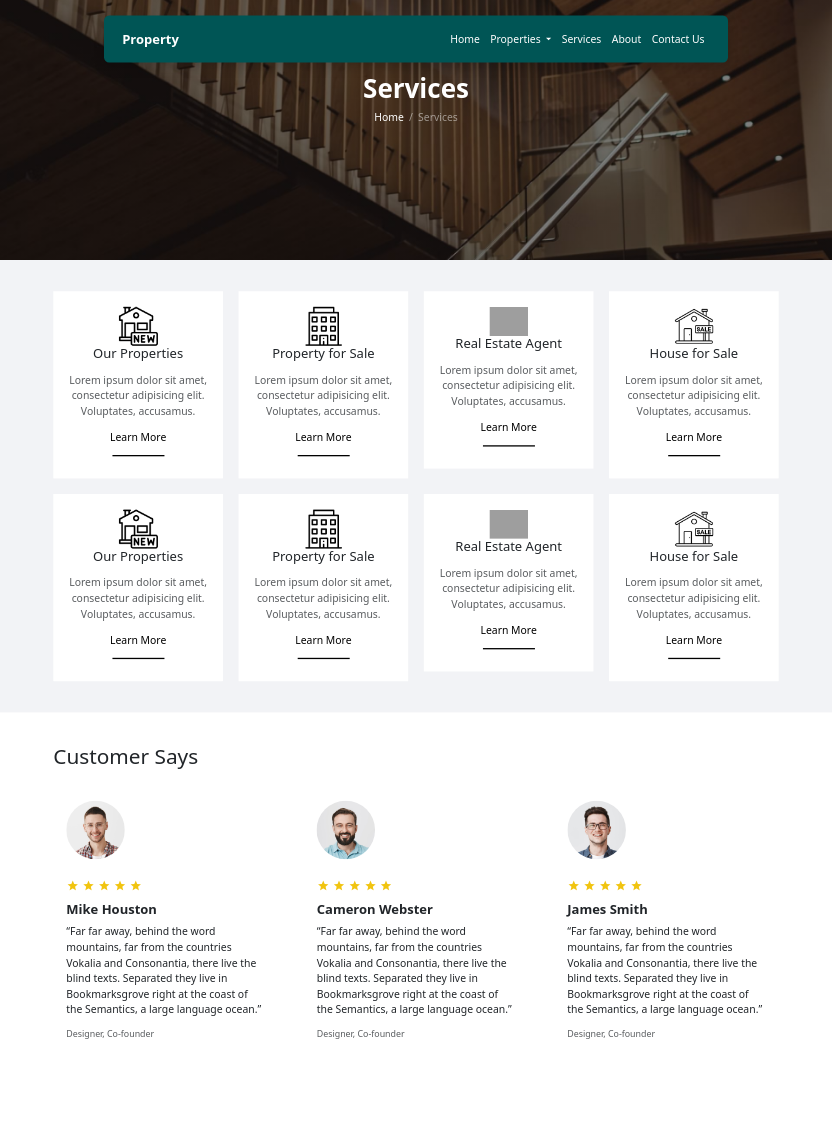
Repository: sameerrrrkhan911-git/Property
Page: service.html
These files come from the project's save history. The page is drawn as it stood at one moment and after a run of saves; the edit follows.
The browser window is 1280 px wide. The pictures show the whole page, at 65% of full size.
Pictures or frames that could not be fetched are drawn as grey boxes. Some web libraries are served in a nearby version.

Above is the page before, as saved 2025-09-28 16:41:54.

### service.html
<!doctype html>
<html lang="en">

<head>
    <meta charset="utf-8">
    <meta name="viewport" content="width=device-width, initial-scale=1">
    <title>Property</title>

    <!--====== LINKS ========-->
    <link href="https://cdn.jsdelivr.net/npm/bootstrap@5.3.8/dist/css/bootstrap.min.css" rel="stylesheet">
    <link
        href="https://fonts.googleapis.com/css2?family=Montserrat:wght@400;600&family=Open+Sans:wght@400;600&display=swap"
        rel="stylesheet">
    <link href="https://unpkg.com/aos@2.3.1/dist/aos.css" rel="stylesheet">
    <link href="https://cdn.jsdelivr.net/npm/remixicon@4.5.0/fonts/remixicon.css" rel="stylesheet">
    <link href="https://cdnjs.cloudflare.com/ajax/libs/tiny-slider/2.9.4/tiny-slider.css" rel="stylesheet">
    <link rel="stylesheet" href="assets/css/style2.css">
    <link rel="stylesheet" href="assets/css/style.css">

</head>

<body>

    <!--=====HEADER=====-->
    <header>
        <section id="Right-Step">
            <div class="bg-holder overlay overlay-elixir">
            </div>

            <!-- Navbar -->
            <nav
                class="navbar navbar-expand-lg green-color p-3 mt-4 sticky-top position-absolute top-0 start-50 translate-middle-x w-75 rounded-3 shadow">
                <div class="container-fluid">
                    <!-- Brand -->
                    <a class="navbar-brand text-white fw-bold" href="#">Property</a>

                    <!-- Toggler for Mobile -->
                    <button class="navbar-toggler bg-light" type="button">
                        <span class="navbar-toggler-icon"></span>
                    </button>

                    <!-- Navbar Links -->
                    <div class="collapse navbar-collapse" id="navbarNavDropdown">
                        <ul class="navbar-nav ms-auto">
                            <li class="nav-item">
                                <a class="nav-link text-white active" aria-current="page" href="#">Home</a>
                            </li>
                            <li class="nav-item dropdown">
                                <a class="nav-link dropdown-toggle text-white" href="#" role="button"
                                    data-bs-toggle="dropdown" aria-expanded="false">
                                    Properties
                                </a>
                                <ul class="dropdown-menu">
                                    <li><a class="dropdown-item" href="#">Action</a></li>
                                    <li><a class="dropdown-item" href="#">Another action</a></li>
                                    <li><a class="dropdown-item" href="#">Something else here</a></li>
                                </ul>
                            </li>
                            <li class="nav-item"><a class="nav-link text-white" href="service.html">Services</a></li>
                            <li class="nav-item"><a class="nav-link text-white" href="about.html">About</a></li>
                            <li class="nav-item"><a class="nav-link text-white" href="contact.html">Contact Us</a></li>
                        </ul>
                    </div>
                </div>
            </nav>

            <!--/.bg-holder-->
            <div class="forbg py-5">
                <div class="container">

                    <div class="row justify-content-center align-items-center">
                        <div class="col-lg-9 text-center mt-5">
                            <h1 class="heading aos-init aos-animate white mt-3 fw-bold" data-aos="fade-up">Services</h1>

                            <nav aria-label="breadcrumb" data-aos="fade-up" data-aos-delay="200"
                                class="aos-init aos-animate">
                                <ol class="breadcrumb text-center justify-content-center">
                                    <li class="breadcrumb-item"><a href="index.html" style="color: white;">Home</a></li>
                                    <li class="ms-2 me-2 text-white-50" aria-current="page">
                                        /
                                    </li>
                                    <li class="breadcrumb-item active text-white-50" aria-current="page">
                                        Services
                                    </li>
                                </ol>
                            </nav>
                        </div>
                    </div>
                </div>
            </div><!-- end of .container-->
        </section>
    </header>

    <!--=====MAIN=====-->
    <main>

        <!-- Features -->

        <section class="py-5 features-1">

                <div class="container">
                    <div class="row g-4 mb-4">

                        <div class="col-6 col-lg-3">
                            <div class="white-bg box-feature p-4 text-center">
                                <img src="./assets/images/new-house.png" alt="Bed" width="60">
                                <h3 class="mb-3 fs-5">Our Properties</h3>
                                <p class="text-muted">
                                    Lorem ipsum dolor sit amet, consectetur adipisicing elit.
                                    Voluptates, accusamus.
                                </p>
                                <p><a href="#" class="learn-more text-decoration-none black">Learn More</a></p>
                                <div class="black-line"></div>
                            </div>
                        </div>

                        <div class="col-6 col-lg-3">
                            <div class="white-bg box-feature p-4 text-center">
                                <img src="./assets/images/building (1).png" alt="Bed" width="60">
                                <h3 class="mb-3 fs-5">Property for Sale</h3>
                                <p class="text-muted">
                                    Lorem ipsum dolor sit amet, consectetur adipisicing elit.
                                    Voluptates, accusamus.
                                </p>
                                <p><a href="#" class="learn-more text-decoration-none black">Learn More</a></p>
                                <div class="black-line"></div>
                            </div>
                        </div>

                        <div class="col-6 col-lg-3">
                            <div class="white-bg box-feature p-4 text-center">
                                <img src="./assets/images/real-estate-agent.png" alt="Bed" width="60">
                                <h3 class="mb-3 fs-5">Real Estate Agent</h3>
                                <p class="text-muted">
                                    Lorem ipsum dolor sit amet, consectetur adipisicing elit.
                                    Voluptates, accusamus.
                                </p>
                                <p><a href="#" class="learn-more text-decoration-none black">Learn More</a></p>
                                <div class="black-line"></div>
                            </div>
                        </div>

                        <div class="col-6 col-lg-3">
                            <div class="white-bg box-feature p-4 text-center">
                                <img src="./assets/images/house-for-sale.png" alt="Bed" width="60">
                                <h3 class="mb-3 fs-5">House for Sale</h3>
                                <p class="text-muted">
                                    Lorem ipsum dolor sit amet, consectetur adipisicing elit.
                                    Voluptates, accusamus.
                                </p>
                                <p><a href="#" class="learn-more text-decoration-none black">Learn More</a></p>
                                <div class="black-line"></div>
                            </div>
                        </div>

                    </div>
                </div>

                <div class="container">
                    <div class="row g-4">

                        <div class="col-6 col-lg-3">
                            <div class="white-bg box-feature p-4 text-center">
                                <img src="./assets/images/new-house.png" alt="Bed" width="60">
                                <h3 class="mb-3 fs-5">Our Properties</h3>
                                <p class="text-muted">
                                    Lorem ipsum dolor sit amet, consectetur adipisicing elit.
                                    Voluptates, accusamus.
                                </p>
                                <p><a href="#" class="learn-more text-decoration-none black">Learn More</a></p>
                                <div class="black-line"></div>
                            </div>
                        </div>

                        <div class="col-6 col-lg-3">
                            <div class="white-bg box-feature p-4 text-center">
                                <img src="./assets/images/building (1).png" alt="Bed" width="60">
                                <h3 class="mb-3 fs-5">Property for Sale</h3>
                                <p class="text-muted">
                                    Lorem ipsum dolor sit amet, consectetur adipisicing elit.
                                    Voluptates, accusamus.
                                </p>
                                <p><a href="#" class="learn-more text-decoration-none black">Learn More</a></p>
                                <div class="black-line"></div>
                            </div>
                        </div>

                        <div class="col-6 col-lg-3">
                            <div class="white-bg box-feature p-4 text-center">
                                <img src="./assets/images/real-estate-agent.png" alt="Bed" width="60">
                                <h3 class="mb-3 fs-5">Real Estate Agent</h3>
                                <p class="text-muted">
                                    Lorem ipsum dolor sit amet, consectetur adipisicing elit.
                                    Voluptates, accusamus.
                                </p>
                                <p><a href="#" class="learn-more text-decoration-none black">Learn More</a></p>
                                <div class="black-line"></div>
                            </div>
                        </div>

                        <div class="col-6 col-lg-3">
                            <div class="white-bg box-feature p-4 text-center">
                                <img src="./assets/images/house-for-sale.png" alt="Bed" width="60">
                                <h3 class="mb-3 fs-5">House for Sale</h3>
                                <p class="text-muted">
                                    Lorem ipsum dolor sit amet, consectetur adipisicing elit.
                                    Voluptates, accusamus.
                                </p>
                                <p><a href="#" class="learn-more text-decoration-none black">Learn More</a></p>
                                <div class="black-line"></div>
                            </div>
                        </div>

                    </div>

                </div>

        </section>

<!-- Customer Says -->

    <div class="section sec-testimonials py-5">
      <div class="container">
        <div class="row mb-5 align-items-center">
          <div class="col-md-6">
            <h2 class="font-weight-bold grey mb-4 mb-md-0">
              Customer Says
            </h2>
          </div>


          <!-- Swiper / Slider wrapper -->
          <div class="testimonial-slider">
            <div class="item">
              <div class="testimonial para">
                <img src="./assets/images/person_1-min.jpg" alt="Image" class="img-fluid rounded-circle border-0 ">
                <div class="rate">
                  <span><i class="ri-star-s-fill fs-5"></i></span>
                  <span><i class="ri-star-s-fill fs-5"></i></span>
                  <span><i class="ri-star-s-fill fs-5"></i></span>
                  <span><i class="ri-star-s-fill fs-5"></i></span>
                  <span><i class="ri-star-s-fill fs-5"></i></span>

                </div>
                <h3 class="fs-5 para">Mike Houston</h3>

                <p class="para">
                  “Far far away, behind the word mountains, far from the
                  countries Vokalia and Consonantia, there live the blind
                  texts. Separated they live in Bookmarksgrove right at the
                  coast of the Semantics, a large language ocean.”
                </p>

                <p class="text-muted para">Designer, Co-founder</p>
              </div>
            </div>

            <div class="item">
              <div class="testimonial para">
                <img src="./assets/images/person_2-min.jpg" alt="Image" class="img-fluid rounded-circle border-0">
                <div class="rate">
                  <span><i class="ri-star-s-fill fs-5"></i></span>
                  <span><i class="ri-star-s-fill fs-5"></i></span>
                  <span><i class="ri-star-s-fill fs-5"></i></span>
                  <span><i class="ri-star-s-fill fs-5"></i></span>
                  <span><i class="ri-star-s-fill fs-5"></i></span>
                </div>
                <h3 class="fs-5 para">Cameron Webster</h3>

                <p class="para">
                  “Far far away, behind the word mountains, far from the
                  countries Vokalia and Consonantia, there live the blind
                  texts. Separated they live in Bookmarksgrove right at the
                  coast of the Semantics, a large language ocean.”
                </p>

                <p class="text-muted para">Designer, Co-founder</p>
              </div>
            </div>

            <div class="item">
              <div class="testimonial para">
                <img src="./assets/images/person_3-min.jpg" alt="Image" class="img-fluid rounded-circle border-0">
                <div class="rate">
                  <span><i class="ri-star-s-fill fs-5"></i></span>
                  <span><i class="ri-star-s-fill fs-5"></i></span>
                  <span><i class="ri-star-s-fill fs-5"></i></span>
                  <span><i class="ri-star-s-fill fs-5"></i></span>
                  <span><i class="ri-star-s-fill fs-5"></i></span>
                </div>
                <h3 class="fs-5 para">James Smith</h3>

                <p class="para">
                  “Far far away, behind the word mountains, far from the
                  countries Vokalia and Consonantia, there live the blind
                  texts. Separated they live in Bookmarksgrove right at the
                  coast of the Semantics, a large language ocean.”
                </p>

                <p class="text-muted para">Designer, Co-founder</p>
              </div>
            </div>
          </div>
        </div>
      </div>

    </main>

</body>

</html>

Loaded but not shown: assets/css/style2.css (library); assets/css/style.css (375 lines, source omitted)

After the next 4 saves:
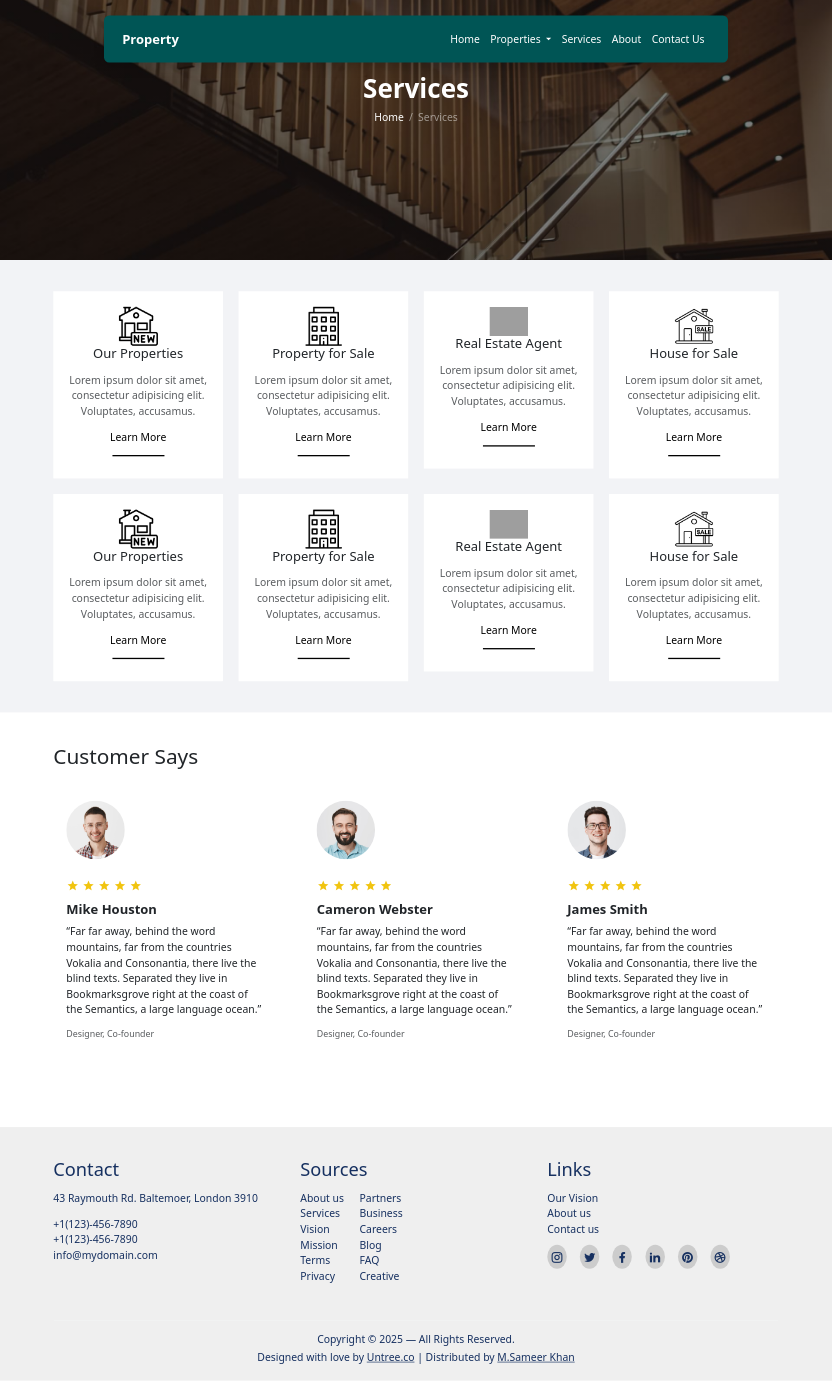
Console error: TypeError: Cannot read properties of undefined (reading 'length')
The 4 saves are shown as one change because they came seconds apart.
The last was saved 91 s later.
--- a/service.html
+++ b/service.html
@@ -306,6 +306,122 @@
 
     </main>
 
+<!-- FOOTER -->
+<footer class="greyy py-5 pb-4 grey">
+
+  <div class="container">
+    <div class="row">
+
+      <!-- Contact -->
+      <div class="col-lg-4 col-md-6 mb-4">
+        <h3 class="mb-3 font-color">Contact</h3>
+        <address class="mb-3 font-color">43 Raymouth Rd. Baltemoer, London 3910</address>
+        <ul class="list-unstyled">
+          <li><a href="tel://11234567890" class=" text-decoration-none" style="color: #163060;">+1(123)-456-7890</a></li>
+          <li><a href="tel://11234567890" class=" text-decoration-none" style="color: #163060;">+1(123)-456-7890</a></li>
+          <li><a href="mailto:info@mydomain.com" class=" text-decoration-none" style="color: #163060;">info@mydomain.com</a></li>
+        </ul>
+      </div>
+
+      <!-- Sources -->
+      <div class="col-lg-4 col-md-6 mb-4">
+        <h3 class="mb-3 font-color">Sources</h3>
+        <div class="d-flex">
+          <ul class="list-unstyled me-4">
+            <li><a href="#" class="font-color text-decoration-none">About us</a></li>
+            <li><a href="#" class="font-color text-decoration-none">Services</a></li>
+            <li><a href="#" class="font-color text-decoration-none">Vision</a></li>
+            <li><a href="#" class="font-color text-decoration-none">Mission</a></li>
+            <li><a href="#" class="font-color text-decoration-none">Terms</a></li>
+            <li><a href="#" class="font-color text-decoration-none">Privacy</a></li>
+          </ul>
+          <ul class="list-unstyled">
+            <li><a href="#" class="font-color text-decoration-none">Partners</a></li>
+            <li><a href="#" class="font-color text-decoration-none">Business</a></li>
+            <li><a href="#" class="font-color text-decoration-none">Careers</a></li>
+            <li><a href="#" class="font-color text-decoration-none">Blog</a></li>
+            <li><a href="#" class="font-color text-decoration-none">FAQ</a></li>
+            <li><a href="#" class="font-color text-decoration-none">Creative</a></li>
+          </ul>
+        </div>
+      </div>
+
+      <!-- Links & Social -->
+      <div class="col-lg-4 col-md-12 mb-4">
+        <h3 class="mb-3 font-color">Links</h3>
+        <ul class="list-unstyled">
+          <li><a href="#" class="font-color text-decoration-none">Our Vision</a></li>
+          <li><a href="#" class="font-color text-decoration-none">About us</a></li>
+          <li><a href="#" class="font-color text-decoration-none">Contact us</a></li>
+        </ul>
+
+        <!-- Social icons -->
+        <div class="mt-3">
+          <a href="#" class="font-color me-3 fs-5 roundd text-color dark-grey"><i class="ri-instagram-line"></i></a>
+          <a href="#" class="font-color me-3 fs-5 roundd dark-grey" ><i class="ri-twitter-fill"></i></a>
+          <a href="#" class="font-color me-3 fs-5 roundd dark-grey"><i class="ri-facebook-fill"></i></a>
+          <a href="#" class="font-color me-3 fs-5 roundd dark-grey"><i class="ri-linkedin-fill"></i></a>
+          <a href="#" class="font-color me-3 fs-5 roundd dark-grey"><i class="ri-pinterest-fill"></i></a>
+          <a href="#" class="font-color fs-5 roundd dark-grey"><i class="ri-dribbble-line"></i></a>
+        </div>
+      </div>
+
+    </div>
+
+    <hr class="border-light">
+
+    <!-- Copyright -->
+    <div class="row">
+      <div class="col-12 text-center">
+        <p class="mb-1 font-color">
+          Copyright © <script>document.write(new Date().getFullYear());</script> — All Rights Reserved.
+        </p>
+        <p class="mb-0 font-color">
+          Designed with love by <a href="https://untree.co" class="font-color text-decoration-underline">Untree.co</a>
+          | Distributed by <a href="https://themewagon.com/" target="_blank" class="font-color text-decoration-underline">M.Sameer Khan</a>
+        </p>
+      </div>
+    </div>
+
+  </div>
+
+</footer>
+
+  <!-- Bootstrap JS -->
+  <script src="https://cdn.jsdelivr.net/npm/bootstrap@5.3.8/dist/js/bootstrap.bundle.min.js"></script>
+  <!-- AOS JS -->
+  <script src="https://unpkg.com/aos@2.3.1/dist/aos.js"></script>
+
+  <script>
+    AOS.init({
+      duration: 1000,
+      once: true
+    });
+  </script>
+
+  <script src="https://cdnjs.cloudflare.com/ajax/libs/tiny-slider/2.9.4/min/tiny-slider.js"></script>
+
+  <script>
+    var slider = tns({
+      container: '.property-slider',
+      items: 3,
+      slideBy: 1,
+      autoplay: false,
+      controls: true,
+      nav: false,
+      gutter: 20,
+      controlsContainer: '.slider-controls',
+      prevButton: '.prev',
+      nextButton: '.next',
+      responsive: {
+        0: { items: 1 },
+        768: { items: 2 },
+        1200: { items: 3 }
+      }
+    });
+  </script>
+
+
 </body>
 
 </html>
